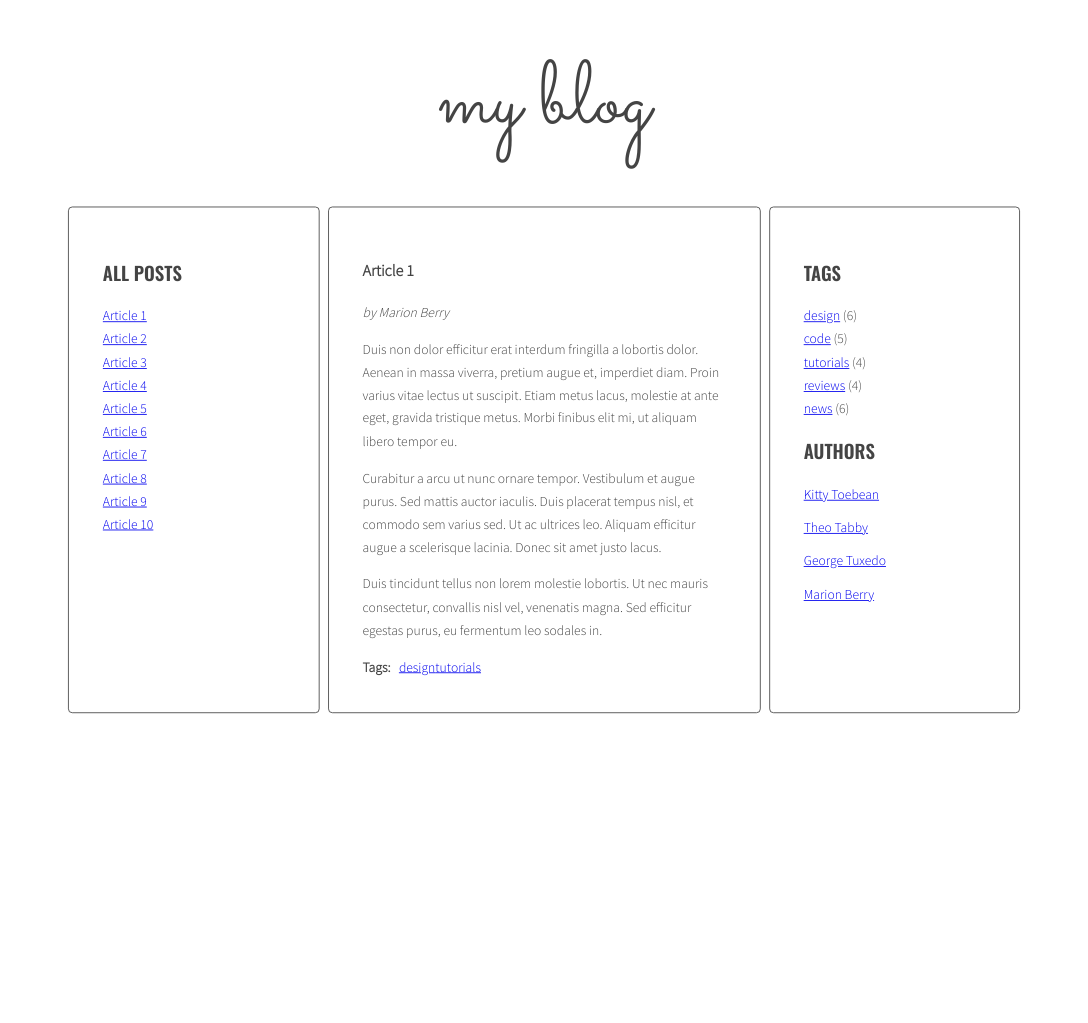
Repository: ulasup/javascript-blog
Page: index.html
The author's editor kept a copy of each file at every save. The page is drawn from the files as they stood at one save, then again after the next save.
The browser window is 1280 px wide. The pictures show the whole page, at 85% of full size.
The style sheet was rebuilt from its Sass, Less or Tailwind sources for each picture, by a compiler version that may differ from the author's.

Above is the page before, as saved 2020-12-19 13:56:42.

### index.html
<!DOCTYPE html>
<html  lang="en">
    <head>
        <meta charset="UTF-8">
        <title>Film blog</title>
        <link rel="stylesheet" href="css/style.css">
    </head>
    <body>
        <div class="blog">
            <div class="container">
              <h1 class="logo">my blog</h1>
              <main class="wrapper">
                <aside class="sidebar">
                  <h2 class="section-title">All posts</h2>
                  <ul class="list titles">
                  </ul>
                </aside>
                <section class="posts">
                  <article class="post active" id="article-1" data-tags="design tutorials">
                    <h3 class="post-title">Article 1</h3>
                    <p class="post-author">by Marion Berry</p>
                    <div class="post-content">
                      <p>Duis non dolor efficitur erat interdum fringilla a lobortis dolor. Aenean in massa viverra, pretium augue et, imperdiet diam. Proin varius vitae lectus ut suscipit. Etiam metus lacus, molestie at ante eget, gravida tristique metus. Morbi finibus elit mi, ut aliquam libero tempor eu.</p>
                      <p>Curabitur a arcu ut nunc ornare tempor. Vestibulum et augue purus. Sed mattis auctor iaculis. Duis placerat tempus nisl, et commodo sem varius sed. Ut ac ultrices leo. Aliquam efficitur augue a scelerisque lacinia. Donec sit amet justo lacus.</p>
                      <p>Duis tincidunt tellus non lorem molestie lobortis. Ut nec mauris consectetur, convallis nisl vel, venenatis magna. Sed efficitur egestas purus, eu fermentum leo sodales in.</p>
                    </div>
                    <div class="post-tags">
                      <p><strong>Tags:</strong></p>
                      <ul class="list list-horizontal">
                      </ul>
                    </div>
                  </article>
                  <article class="post" id="article-2" data-tags="news code">
                    <h3 class="post-title">Article 2</h3>
                    <p class="post-author">by Theo Tabby</p>
                    <div class="post-content">
                      <p>Phasellus sollicitudin, arcu vel iaculis ullamcorper, quam leo viverra orci, et faucibus quam sapien vel est. Maecenas ac suscipit elit. Nullam interdum, lorem vitae venenatis pulvinar, ex dui malesuada nunc, tempus cursus enim metus vel nulla.</p>
                      <p>Integer hendrerit, eros id efficitur dapibus, ante arcu ullamcorper orci, a iaculis felis turpis at purus. Quisque sodales posuere sapien vel consectetur. Duis dui urna, commodo non ante nec, mattis dictum enim. Donec aliquam erat sed diam lobortis, vel gravida lacus laoreet. Phasellus pretium maximus mi, eu posuere justo suscipit vel.</p>
                      <p>Nam magna nisl, varius in malesuada vitae, facilisis vel metus. Proin rhoncus euismod leo dictum lobortis. Suspendisse non ante sapien.</p>
                    </div>
                    <div class="post-tags">
                      <p><strong>Tags:</strong></p>
                      <ul class="list list-horizontal">
                      </ul>
                    </div>
                  </article>
                  <article class="post" id="article-3" data-tags="news reviews design">
                    <h3 class="post-title">Article 3</h3>
                    <p class="post-author">by George Tuxedo</p>
                    <div class="post-content">
                      <p>Mauris vel pellentesque turpis, ac sodales nisl. Quisque iaculis mi velit, ut convallis tellus accumsan a. Quisque iaculis, nisi et dignissim tincidunt, nisl eros euismod nulla, finibus laoreet erat enim posuere elit.</p>
                      <p>Aenean at semper urna. Duis vel sapien molestie, egestas diam consequat, molestie nulla. Praesent a malesuada metus. Praesent et tempus leo.</p>
                      <p>Mauris in eleifend neque, vitae eleifend velit. Maecenas purus est, bibendum eget imperdiet id, dictum sed ante. Aenean a magna et eros sagittis aliquet.</p>
                    </div>
                    <div class="post-tags">
                      <p><strong>Tags:</strong></p>
                      <ul class="list list-horizontal">
                      </ul>
                    </div>
                  </article>
                  <article class="post" id="article-4" data-tags="tutorials code design">
                    <h3 class="post-title">Article 4</h3>
                    <p class="post-author">by Kitty Toebean</p>
                    <div class="post-content">
                      <p>Morbi vel cursus nulla, vel varius mauris. Suspendisse sed elit sit amet risus faucibus vestibulum ut sit amet purus. Donec orci est, condimentum ut quam quis, scelerisque fringilla ligula.</p>
                      <p>Quisque bibendum nisl id quam sagittis, id pretium dolor scelerisque. Suspendisse non odio nec velit dapibus placerat non a libero.</p>
                      <p>Vivamus at tristique ex, feugiat sagittis ex. Cras cursus, ipsum et efficitur commodo, urna sapien rutrum magna, quis sodales justo ligula eget nunc. In hac habitasse platea dictumst.</p>
                    </div>
                    <div class="post-tags">
                      <p><strong>Tags:</strong></p>
                      <ul class="list list-horizontal">
                      </ul>
                    </div>
                  </article>
                  <article class="post" id="article-5" data-tags="design reviews">
                    <h3 class="post-title">Article 5</h3>
                    <p class="post-author">by Marion Berry</p>
                    <div class="post-content">
                      <p>Suspendisse sem eros, euismod condimentum arcu ac, consequat fermentum orci. Nam convallis lacus nec interdum vestibulum. Vestibulum luctus, quam eu tristique ornare, lorem nibh sodales enim, vitae tempor dolor ante vitae tortor.</p>
                      <p>Duis venenatis metus quis luctus lobortis. In porttitor ipsum eget ligula aliquam ornare. Cras malesuada urna id volutpat sodales.</p>
                      <p>Donec lobortis ultricies turpis, eu viverra magna gravida quis. Fusce sit amet pretium nulla. Duis rutrum metus vel libero sodales, pellentesque varius ex pulvinar.</p>
                    </div>
                    <div class="post-tags">
                      <p><strong>Tags:</strong></p>
                      <ul class="list list-horizontal">
                      </ul>
                    </div>
                  </article>
                  <article class="post" id="article-6" data-tags="reviews code">
                    <h3 class="post-title">Article 6</h3>
                    <p class="post-author">by George Tuxedo</p>
                    <div class="post-content">
                      <p>Donec posuere iaculis ante sed hendrerit. Lorem ipsum dolor sit amet, consectetur adipiscing elit. Quisque hendrerit neque nec urna tincidunt, quis vehicula dui vulputate. Morbi est sapien, auctor ut lectus eu, placerat viverra lorem.</p>
                      <p>Cras consectetur at erat id accumsan. Suspendisse lacinia in nulla quis vulputate. Nunc vitae consectetur augue. Nam ut vehicula mi. Aliquam tristique, purus in hendrerit porta, elit lectus finibus mi, vel malesuada nisl lectus a libero.</p>
                      <p>Nam quis efficitur ante. Sed eget purus quis ex commodo porta eu sit amet dolor. Mauris tellus nisl, dictum nec est vitae, condimentum ornare ante. Fusce ornare hendrerit maximus. In maximus rhoncus justo.</p>
                    </div>
                    <div class="post-tags">
                      <p><strong>Tags:</strong></p>
                      <ul class="list list-horizontal">
                      </ul>
                    </div>
                  </article>
                  <article class="post" id="article-7" data-tags="code news">
                    <h3 class="post-title">Article 7</h3>
                    <p class="post-author">by Kitty Toebean</p>
                    <div class="post-content">
                      <p>Donec eleifend mauris ac nisl fermentum, ac fermentum turpis dignissim. Aliquam diam nisl, imperdiet a varius eget, lobortis sed nisi. Nullam suscipit ipsum sed magna blandit, sed pellentesque urna malesuada.</p>
                      <p>Duis vestibulum arcu et lectus viverra porta. Praesent tempor lacus eget quam mattis, sit amet venenatis diam ultrices. Morbi gravida sapien quis ligula tincidunt, vel sagittis erat ultrices.</p>
                      <p>Ut orci tellus, laoreet ac diam ut, tempus bibendum nisi. Nam egestas sagittis nibh. Curabitur tristique dui quis egestas pretium. Duis eu felis orci.</p>
                    </div>
                    <div class="post-tags">
                      <p><strong>Tags:</strong></p>
                      <ul class="list list-horizontal">
                      </ul>
                    </div>
                  </article>
                  <article class="post" id="article-8" data-tags="news design tutorials">
                    <h3 class="post-title">Article 8</h3>
                    <p class="post-author">by Theo Tabby</p>
                    <div class="post-content">
                      <p>Praesent quis imperdiet erat. Curabitur tempor sapien a interdum malesuada. Proin libero erat, sagittis a sollicitudin eget, pulvinar nec risus. Cras et suscipit sem.</p>
                      <p>Maecenas consequat diam nec sollicitudin congue. Aenean porttitor porttitor quam, condimentum interdum metus congue sed. Donec at nulla ipsum.</p>
                      <p>Mauris non congue dui. Aenean ac eros vitae massa vulputate aliquet ut ac elit. Morbi iaculis auctor nunc aliquet luctus. Nunc tincidunt sem dui, quis interdum leo pellentesque eget. Fusce id leo varius, imperdiet nunc vitae, tristique mi. Mauris quis interdum justo. Mauris auctor purus eu leo faucibus feugiat. Nulla at odio vitae leo semper blandit.</p>
                    </div>
                    <div class="post-tags">
                      <p><strong>Tags:</strong></p>
                      <ul class="list list-horizontal">
                      </ul>
                    </div>
                  </article>
                  <article class="post" id="article-9" data-tags="news tutorials">
                    <h3 class="post-title">Article 9</h3>
                    <p class="post-author">by Marion Berry</p>
                    <div class="post-content">
                      <p>Tam et facilisis purus. Donec vulputate est quis lobortis posuere. Nunc vitae lorem ut odio faucibus pulvinar nec in justo. Ut ut ante ac tellus ornare tempus. Nunc maximus, tortor et dictum convallis, nunc libero posuere leo, scelerisque ultrices arcu sapien ut tellus.</p>
                      <p>Fusce lacinia augue massa, non tincidunt tortor auctor quis. Vestibulum ut pretium nisl. Etiam id tellus tempus, commodo ligula vehicula, porta magna.</p>
                      <p>Donec fringilla blandit dolor vel aliquet. Fusce tortor sapien, lobortis eu vehicula sit amet, dignissim et lectus. In ullamcorper metus vel massa fermentum, at fermentum dui sollicitudin. Nullam lacinia elit vel tortor ullamcorper pulvinar.</p>
                    </div>
                    <div class="post-tags">
                      <p><strong>Tags:</strong></p>
                      <ul class="list list-horizontal">
                      </ul>
                    </div>
                  </article>
                  <article class="post" id="article-10" data-tags="code design news reviews">
                    <h3 class="post-title">Article 10</h3>
                    <p class="post-author">by George Tuxedo</p>
                    <div class="post-content">
                      <p>Aliquam erat volutpat. Ut non eleifend lectus. Donec suscipit tellus tempor, ornare dui id, hendrerit neque. Phasellus lacinia laoreet dui in luctus. Sed hendrerit, magna sit amet varius tempor, augue augue scelerisque est, non scelerisque mauris libero eu sapien.</p>
                      <p>Sed at sapien in quam sollicitudin aliquam. In interdum metus a mi porttitor luctus. Sed commodo, arcu id lacinia posuere, felis elit pharetra urna, at feugiat est orci sit amet libero. Quisque in nisl est. Nullam vehicula at lectus non luctus. Cras aliquam neque magna, at varius nisi egestas ut.</p>
                      <p>Rhoncus purus nulla, non auctor lacus placerat ut. Aliquam condimentum eget magna ac gravida. Etiam egestas faucibus urna et finibus. Cras vel tellus vel magna suscipit euismod. Maecenas id arcu ante. Duis iaculis scelerisque erat, at ullamcorper arcu consectetur eu. Fusce aliquam diam at arcu pharetra, vel fermentum nunc lobortis.</p>
                    </div>
                    <div class="post-tags">
                      <p><strong>Tags:</strong></p>
                      <ul class="list list-horizontal">
                      </ul>
                    </div>
                  </article>
                </section>
                <aside class="sidebar">
                  <h2 class="section-title">Tags</h2>
                  <ul class="list tags">
                    <li><a href="#">design</a> <span>(6)</span></li>
                    <li><a href="#">code</a> <span>(5)</span></li>
                    <li><a href="#">tutorials</a> <span>(4)</span></li>
                    <li><a href="#">reviews</a> <span>(4)</span></li>
                    <li><a href="#">news</a> <span>(6)</span></li>
                  </ul>
                  <h2 class="section-title">Authors</h2>
                  <ul class="list authors">
                    <li>
                      <a href="#">
                        <span class="author-name">Kitty Toebean</span>
                      </a>
                    </li>
                    <li>
                      <a href="#">
                        <span class="author-name">Theo Tabby</span>
                      </a>
                    </li>
                    <li>
                      <a href="#">
                        <span class="author-name">George Tuxedo</span>
                      </a>
                    </li>
                    <li>
                      <a href="#">
                        <span class="author-name">Marion Berry</span>
                      </a>
                    </li>
                  </ul>
                </aside>
              </main>
            </div>
          </div>
    <script src="js/script.js"></script>
    </body>
</html>

### js/script.js
'use strict';

function titleClickHandler(event){
  event.preventDefault();

  const activeLinks = document.querySelectorAll('.titles a.active');
  for(let activeLink of activeLinks){
    activeLink.classList.remove('active');
  }

  const clickedElement = this;
  clickedElement.classList.add('active');

  const activeArticles = document.querySelectorAll('.post.active');
  for(let activeArticle of activeArticles){
    activeArticle.classList.remove('active');
  }

  const attribute = clickedElement.getAttribute('href');
  const clickedArticles = document.querySelectorAll(attribute);
  for(let clickedArticle of clickedArticles){
    clickedArticle.classList.add('active');
  }
}

const optArticleSelector = '.post',
  optTitleSelector = '.post-title',
  optTitleListSelector = '.titles',
  optArticleTagsSelector = '.post-tags .list';

function generateTitleLinks(){

  const titleList = document.querySelector(optTitleListSelector);
  titleList.innerHTML = '';

  const articles = document.querySelectorAll(optArticleSelector);
  let html = '';
  for (let article of articles){
    const articleId = article.getAttribute('id');
    const articleTitle = article.querySelector(optTitleSelector).innerHTML;
    const linkHTML = '<li><a href="#' + articleId + '"><span>' + articleTitle + '</span></a></li>';
    html = html + linkHTML;
  }
  titleList.innerHTML = html;

  const links = document.querySelectorAll('.titles a');
  for(let link of links){
    link.addEventListener('click', titleClickHandler);
  }
}

generateTitleLinks();


function generateTags(){
  const articles = document.querySelectorAll(optArticleSelector);
  for (let article of articles){
    const tagList = article.querySelector(optArticleTagsSelector);
    let html = '';
    const articleTags = article.getAttribute('data-tags');
    const articleTagsArray = articleTags.split(' ');
    for (let tag of articleTagsArray){
      const linkHTML = '<li><a href="#tag-' + tag + '"><span>' + tag + '</span></a></li>';
      html = html + linkHTML;
    }
    tagList.innerHTML = html;
  }
}

generateTags();

### sass/style.scss
@import url('https://fonts.googleapis.com/css?family=Oswald:400,600|Sacramento|Source+Sans+Pro:300&subset=latin-ext');

/* Variables */

$color-light: #fff;
$color-dark: #444;

$font-logo: 'Sacramento', cursive;
$font-header: 'Oswald', sans-serif;
$font-text: 'Source Sans Pro', sans-serif;

/* Global */

*, *::before, *::after {
  box-sizing: border-box;
}

body {
  background: $color-light;
  font-family: $font-text;
  color: $color-dark;
  font-weight: 300;
  font-size: 16px;
  line-height: 1.7;
}

.container {
  max-width: 1140px;
  margin: 0 auto;
}

.section-title {
  font-size: 22px;
  text-transform: uppercase;
  font-family: $font-header;
  font-weight: 600;

  span {
    text-transform: none;
    font-weight: 400;
    color: lighten($color-dark, 20%);
  }
}

/* Layout */

.wrapper {
  display: flex;
  margin-left: 10px;
}

.sidebar {
  flex: 1 0 0;
}

.posts {
  flex: 2 0 0;
}

.sidebar, .posts {
  background: $color-light;
  margin-right: 10px;
  padding: 40px;
  border: 1px solid $color-dark;
  border-radius: 5px;
}

/* Logo */

.logo {
  font-family: $font-logo;
  font-weight: 400;
  font-size: 104px;
  line-height: 1;
  text-align: center;
}

/* Lists */

.list {
  list-style-type: none;
  margin: 0;
  padding: 0;

  .active {
    font-weight: bold;
  }
}

.list-horizontal {
  li {
    display: inline-block;
  }
}

/* Authors */

.authors {
  li {
    margin-bottom: 12px;
  }
}

/* Post */

.post {
  z-index: 1;
  position: absolute;
  opacity: 0;

  &.active {
    z-index: 2;
    position: relative;
    opacity: 1;
    transition: opacity 1s;
  }
}

.post-author {
  font-style: italic;
}

.post-tags {
  display: flex;

  p {
    margin: 0 10px 0 0;
  }
}

After the next save:
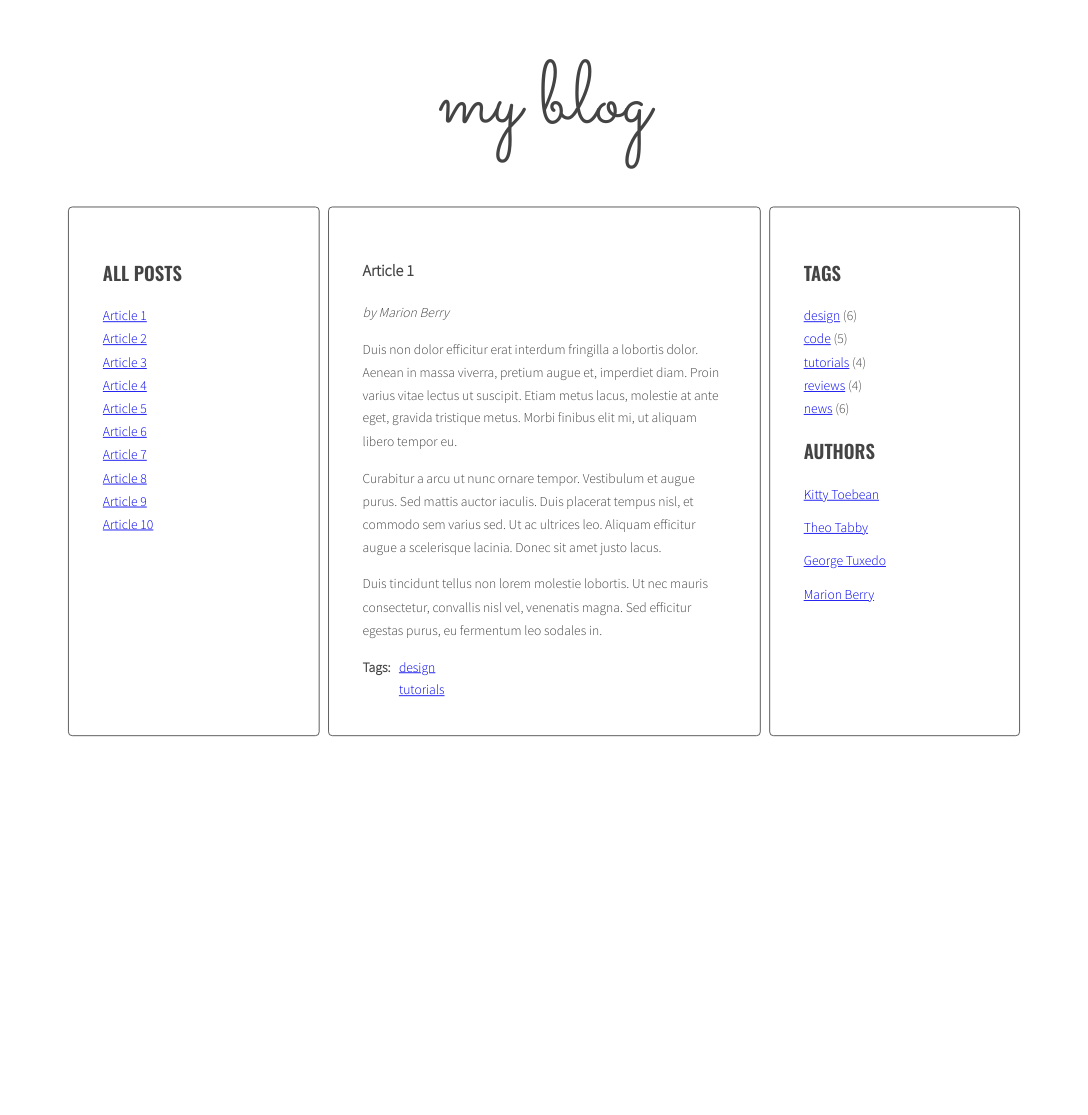
Saved 29 s later.
--- a/js/script.js
+++ b/js/script.js
@@ -60,7 +60,7 @@
     const articleTags = article.getAttribute('data-tags');
     const articleTagsArray = articleTags.split(' ');
     for (let tag of articleTagsArray){
-      const linkHTML = '<li><a href="#tag-' + tag + '"><span>' + tag + '</span></a></li>';
+      const linkHTML = '<li><a href="#tag-' + tag + '"><span>' + tag + '</span></a></li><br>';
       html = html + linkHTML;
     }
     tagList.innerHTML = html;

After the save that followed:
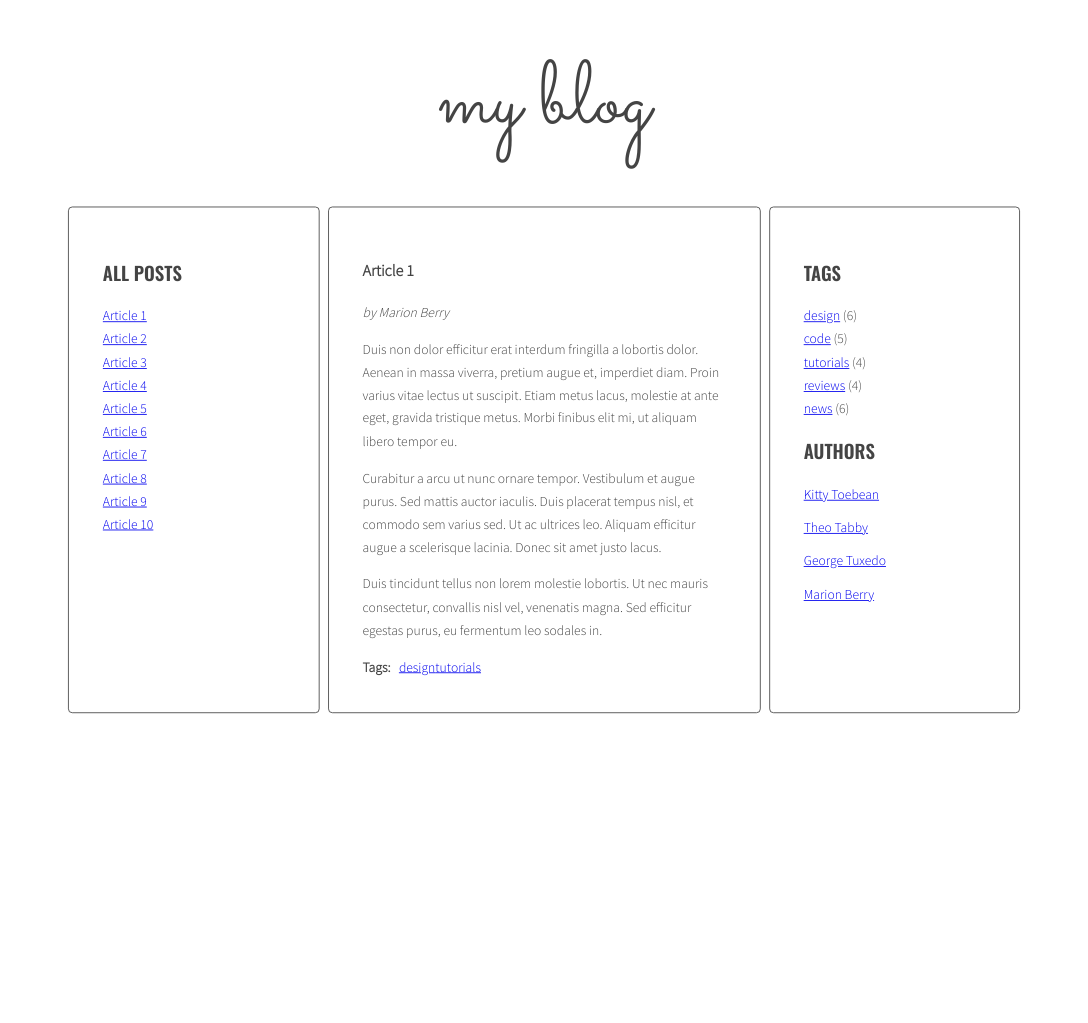
Saved 31 s later.
--- a/js/script.js
+++ b/js/script.js
@@ -60,7 +60,7 @@
     const articleTags = article.getAttribute('data-tags');
     const articleTagsArray = articleTags.split(' ');
     for (let tag of articleTagsArray){
-      const linkHTML = '<li><a href="#tag-' + tag + '"><span>' + tag + '</span></a></li><br>';
+      const linkHTML = '<li><a href="#tag-' + tag + '"><span>' + tag + '</span></a></li>';
       html = html + linkHTML;
     }
     tagList.innerHTML = html;
